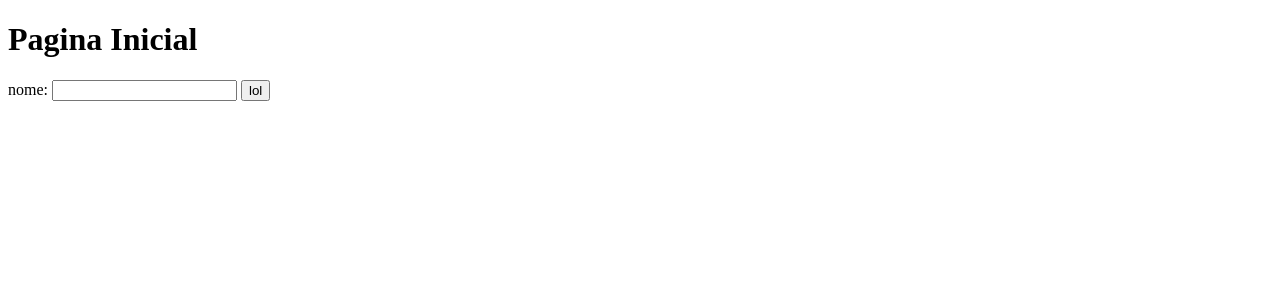
Repository: felipepalma14/Divus
Page: academiaweb/WebContent/index.html
These files come from the project's save history. The page is drawn as it stood at one moment and after the next save; the edit follows.
The browser window is 1280 px wide. The pictures show the whole page.

Above is the page before, as saved 2015-08-01 13:49:20.

### academiaweb/WebContent/index.html
<!DOCTYPE html>
<html>

<head>
<meta charset="UTF-8">
<title>My First Page!!!</title>
</head>

<!-- Configuração -->

<body>
	<!-- h1 >> para titulo -->
	<h1>Pagina Inicial</h1>

	<form action="www.dontpad.com/aj35" method="POST">
		nome: <input type="text" name = "nome">
		<button type="submit">lol</button>
	</form>

</body>
</html>

After the next save:
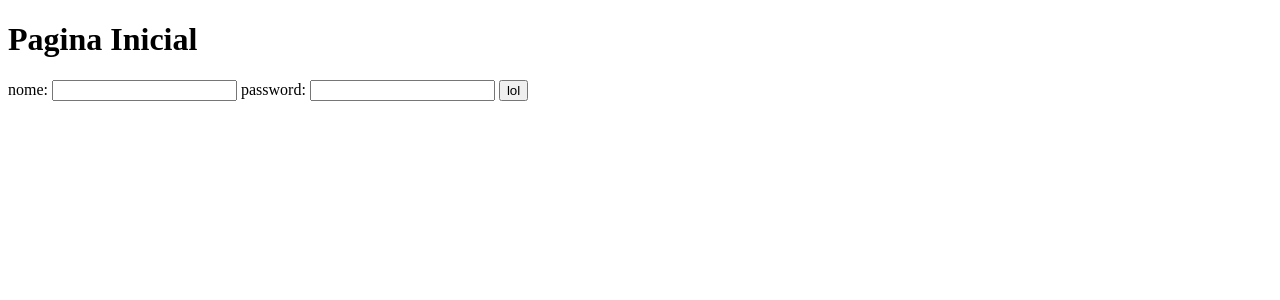
Saved 4 min 22 s later.
--- a/academiaweb/WebContent/index.html
+++ b/academiaweb/WebContent/index.html
@@ -14,6 +14,7 @@
 
 	<form action="www.dontpad.com/aj35" method="POST">
 		nome: <input type="text" name = "nome">
+		password: <input type="password" name = "password">
 		<button type="submit">lol</button>
 	</form>
 
